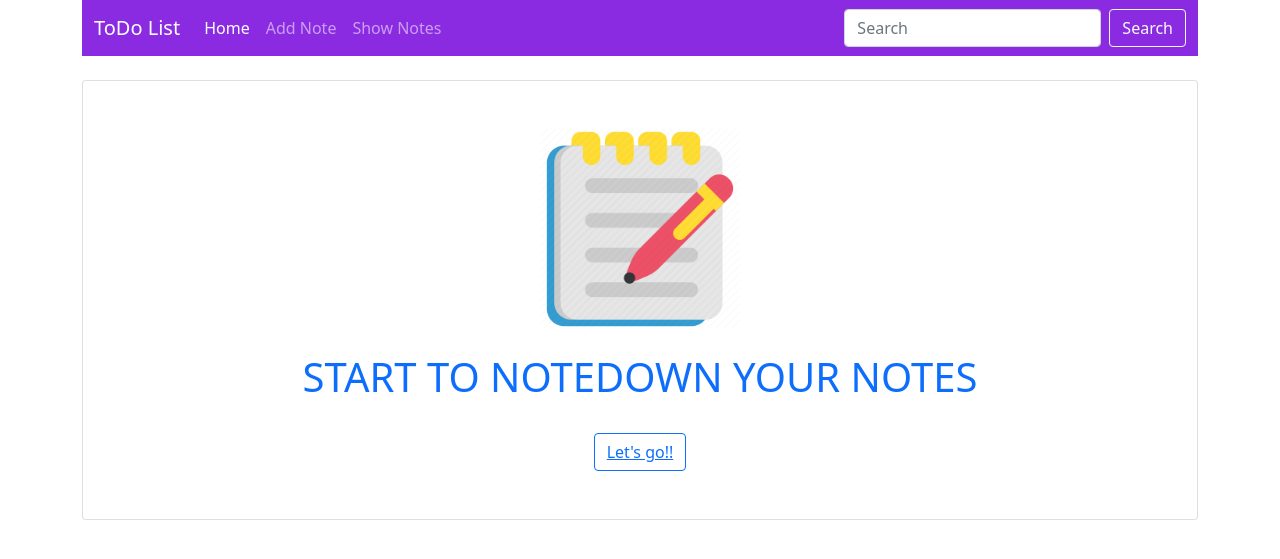
Repository: VishalSalvi17/Hibernate
Page: http://localhost/ToDoList/
The author's editor kept a copy of each file at every save. The page is drawn from the files as they stood at one save, then again after a run of saves.
The browser window is 1280 px wide. The pictures show the whole page.
Some web libraries are served in a nearby version. The page is served by Tomcat 9.

Above is the page before, as saved 2023-03-17 07:18:31.

After the next 2 saves:
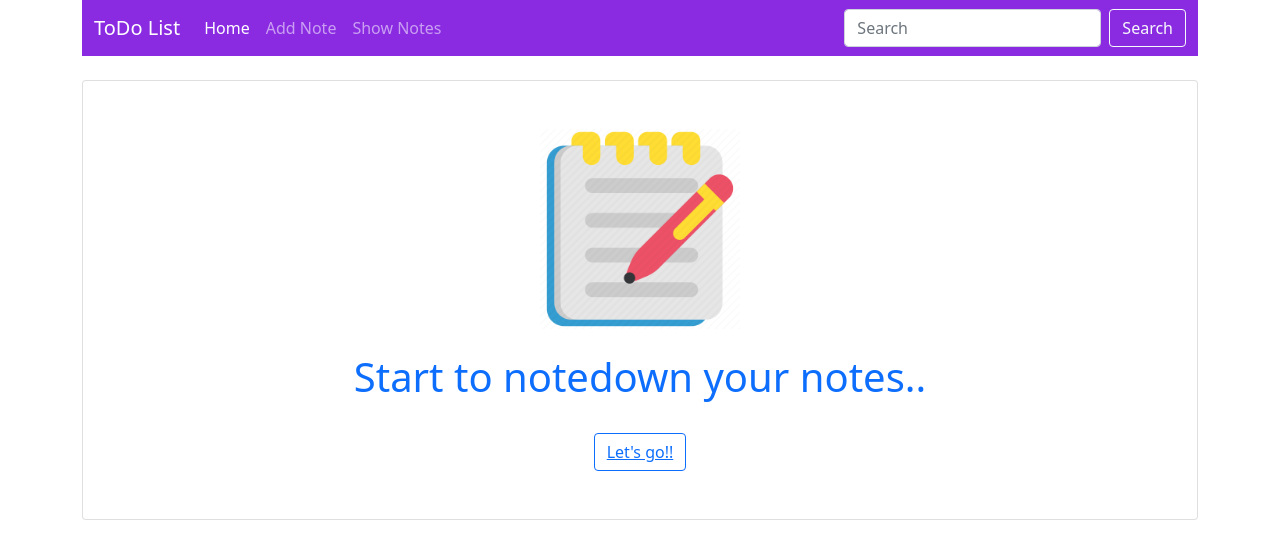
The 2 saves are shown as one change because they came seconds apart.
The last was saved 32 min 57 s later.
--- a/ToDoList/src/main/webapp/index.jsp
+++ b/ToDoList/src/main/webapp/index.jsp
@@ -20,7 +20,7 @@
 		<img alt="" class = "img-fluid mx-auto" width=200px src="img/notebook.webp" >
 		<!-- <i class="fa-solid fa-envelope"></i>-->
 		<br>
-		<h1 class = "text-primary text-uppercase text-center">Start to notedown your notes</h1>
+		<h1 class = "text-primary text-center">Start to notedown your notes..</h1>
 		<br>
 		<div class="container text-center">
 			<button class="btn btn-outline-primary text-center"><a href = "addnote.jsp">Let's go!!</a></button>
